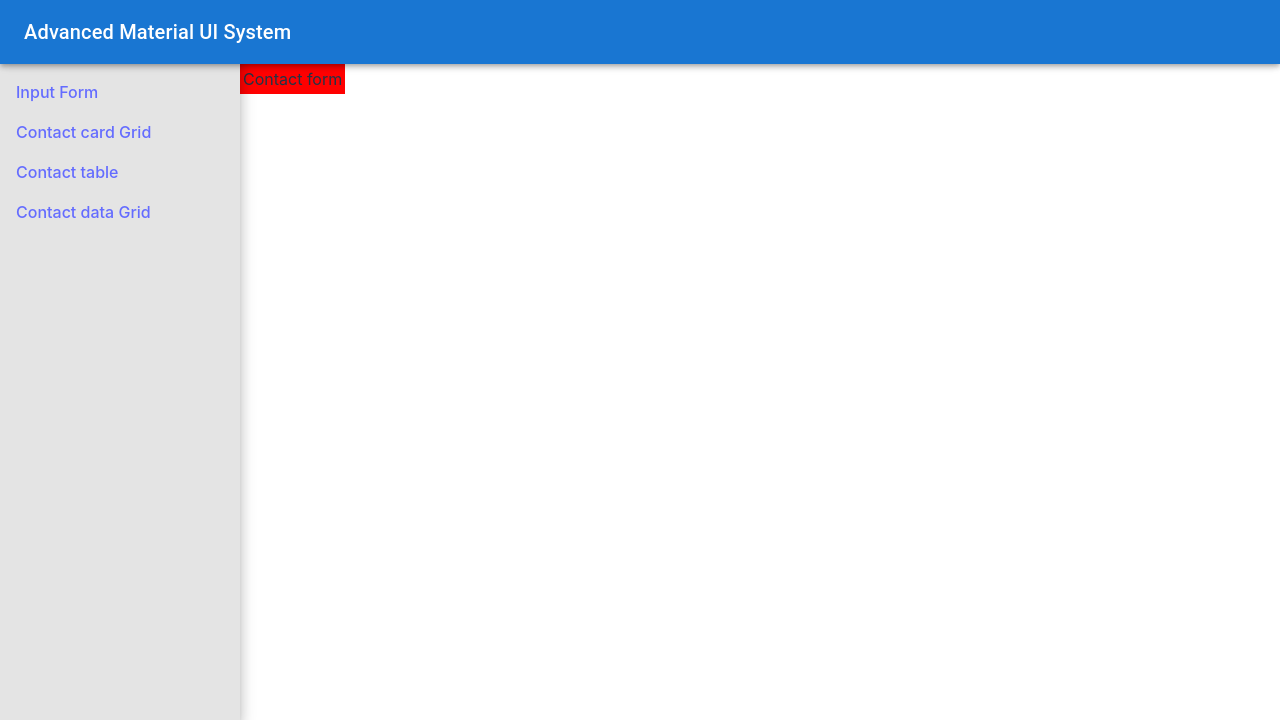
Repository: knowledgeAlan/react-mui
Page: /
An editor plug-in stored every save of this project. The page is shown before and after a run of saves, followed by the edit.
The browser window is 1280 px wide. The pictures show the whole page.
The project was rebuilt for these pictures with package versions that can differ from the ones it lists, and the page was loaded fresh each time. Also part of the build but not shown: vite.config.ts, src/components/grid/ContactCardGrid.tsx, src/components/DataGrid/ContactDataGrid.tsx, src/components/table/ContactTable.tsx.

Above is the page before, as saved 2025-01-22 16:17:21.

### src/App.tsx
import { useState } from 'react'
import reactLogo from './assets/react.svg'
import viteLogo from '/vite.svg'
import './App.css'
import NavDrawer from './components/Scaffold/NaviDrawer'

function App() {


  return (
    <>
      <NavDrawer/>
    </>
  )
}

export default App

### src/App.css
#root {
  max-width: 1280px;
  /* margin: 0 auto; */
  /* padding: 2rem; */
  /* text-align: center; */
}

.logo {
  height: 6em;
  padding: 1.5em;
  will-change: filter;
  transition: filter 300ms;
}
.logo:hover {
  filter: drop-shadow(0 0 2em #646cffaa);
}
.logo.react:hover {
  filter: drop-shadow(0 0 2em #61dafbaa);
}

@keyframes logo-spin {
  from {
    transform: rotate(0deg);
  }
  to {
    transform: rotate(360deg);
  }
}

@media (prefers-reduced-motion: no-preference) {
  a:nth-of-type(2) .logo {
    animation: logo-spin infinite 20s linear;
  }
}

.card {
  padding: 2em;
}

.read-the-docs {
  color: #888;
}

### src/components/Scaffold/NaviDrawer.tsx
import { AppBar,Drawer, Toolbar, Typography,List,ListItem } from "@mui/material"
import {BrowserRouter,Link,Routes,Route} from "react-router-dom"
import ContactForm from "../Form/ContactForm"
import ContactCardGrid from "../grid/ContactCardGrid"
import ContactDataGrid from  "../DataGrid/ContactDataGrid"
import ContactTable from "../table/ContactTable"
import { useTheme,Theme } from "@mui/material"

const drawerWidth = 240;

const themeStyles = (theme: Theme) => {
    return {
        appBar: {
            zIndex: theme.zIndex.drawer + 1,
        }
    }
}

const simpleStyles = {
    drawer: {
        width: drawerWidth,
        // backgroundColor:'green',
        "& .MuiModal-backdrop":{
            display:"none"
        }
    },

    drawerPaper: {
        width: drawerWidth,
        backgroundColor: "rgba(120,120,120,0.2)"
    },
    content: {
        marginLeft: drawerWidth,
        padding: 3,
        backgroundColor: "red",
    }
}

export default function NavDrawer(){

    const theme = useTheme();
    return (
    <BrowserRouter>
    <>

        <AppBar position="fixed"  sx={themeStyles(theme).appBar}>

            <Toolbar>
                <Typography variant="h6" noWrap>
                    Advanced Material UI System
                </Typography>
            </Toolbar>
        </AppBar>

        <Drawer variant="temporary" open={true} sx={simpleStyles.drawer} PaperProps={{
            sx: simpleStyles.drawerPaper,
            elevation:9,
        }}>
 <Toolbar/>
            <List>
                {[{text: "Input Form",route:"/form"},{text: "Contact card  Grid",route:"/grid"},
                {text: "Contact table",route:"/table"},
                {text: "Contact data  Grid",route:"/datagrid"}].map((nav,index) =>(
                    <ListItem key={nav.text}><Link to={nav.route}>{nav.text}</Link></ListItem>
                ))}
            </List>
        </Drawer>
        <main style={simpleStyles.content}>
            <Toolbar/>
            <Routes>
            <Route path={"/"} element={<ContactForm/>} />
                <Route path={"/form"} element={<ContactForm/>} />
                <Route path={"/grid"} element={<ContactCardGrid/>} />
                <Route path={"/table"} element={<ContactTable/>} />
                <Route path={"/datagrid"} element={<ContactDataGrid/>} />
            </Routes>
        </main>
    </>
    </BrowserRouter>
    )
}

### src/components/Form/ContactForm.tsx


const roles = [""]
const skills = [""]
export default function ContactForm(){

    return (
        <div>Contact form</div>
    )
}

Loaded but not shown: index.html (common file); src/main.tsx (common file); src/index.css (common file)

After the next 2 saves:
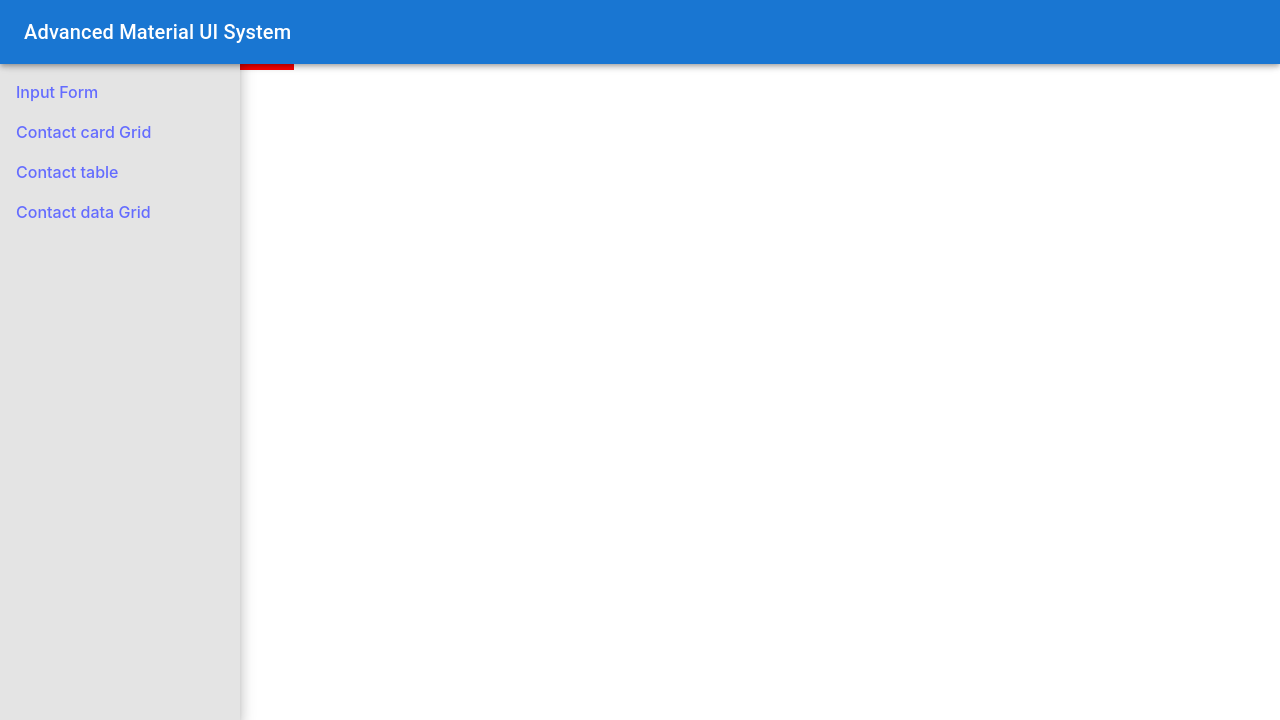
The 2 saves are shown as one change because they came seconds apart.
The last was saved 6 s later.
--- a/src/components/Form/ContactForm.tsx
+++ b/src/components/Form/ContactForm.tsx
@@ -5,6 +5,6 @@ const skills = [""]
 export default function ContactForm(){
 
     return (
-        <div>Contact form</div>
+        <div></div>
     )
 }
